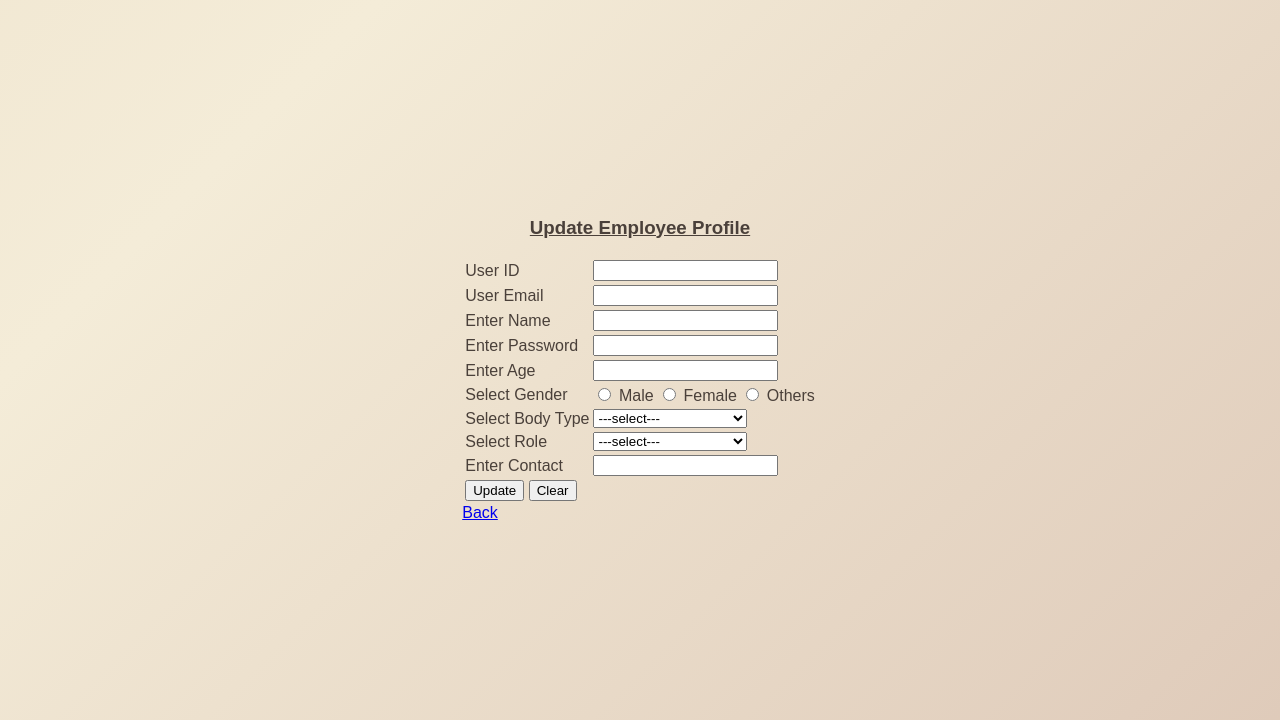
Repository: chaitanyasivathmika/NutrientDiet
Page: http://localhost/NutrientDiet/usersettings.jsp
An editor plug-in stored every save of this project. The page is shown before and after a run of saves, followed by the edit.
The browser window is 1280 px wide. The pictures show the whole page.
The page is served by Tomcat 10.

Above is the page before, as saved 2024-11-15 16:30:22.

After the next 2 saves:
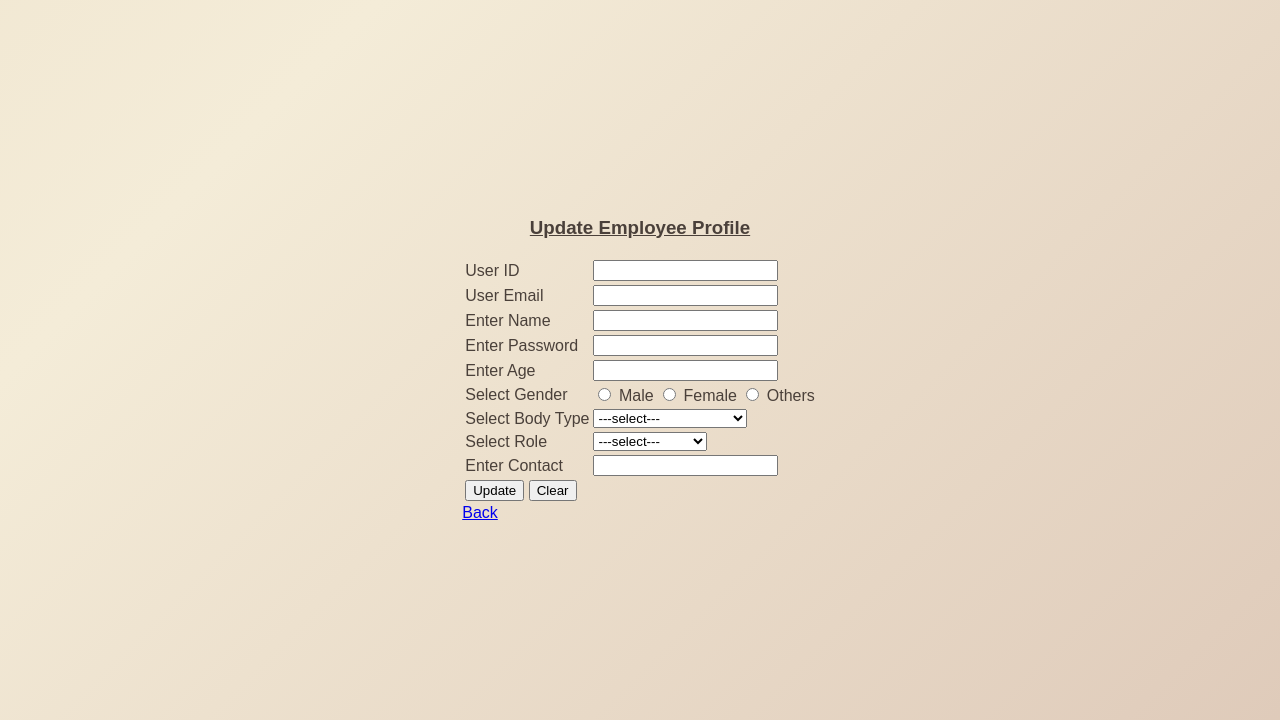
The 2 saves are shown as one change because they came seconds apart.
The last was saved 9 s later.
--- a/NutrientDiet/src/main/webapp/usersettings.jsp
+++ b/NutrientDiet/src/main/webapp/usersettings.jsp
@@ -163,20 +163,8 @@
                     <td>
                         <select id="urole" name="urole" required>
                         	<option value="">---select---</option>
-                            <option value="Girl_Athletics">Girl_Athletics</option>
+                            <option value="child">Girl_Athletics</option>
                             <option value="Girl_HourGlass">Girl_HourGlass</option>
-                            <option value="Girl_InvertedTriangle">Girl_InvertedTriangle</option>
-                            <option value="Girl_Rectangle">Girl_Rectangle</option>
-                            <option value="Girl_Round">Girl_Round</option>
-                            <option value="Girl_Ectomorph">Girl_Ectomorph</option>
-                            <option value="Girl_Endomorph">Girl_Endomorph</option>
-                            <option value="Girl_Mesomorph">Girl_Mesomorph</option>
-                            <option value="M_Ectomorph(12-20)">M_Ectomorph(12-20)</option>
-                            <option value="M_Endomorph(12-20)">M_Endomorph(12-20)</option>
-                            <option value="M_Mesomorph(12-20)">M_Mesomorph(12-20)</option>
-                            <option value="M_Ectomorph(20-45)">M_Ectomorph(20-45)</option>
-                            <option value="M_Endomorph(20-45)">M_Endomorph(20-45)</option>
-                            <option value="M_Mesomorph(20-45)">M_Mesomorph(20-45)</option>
                         </select>
                     </td>
                 </tr>
